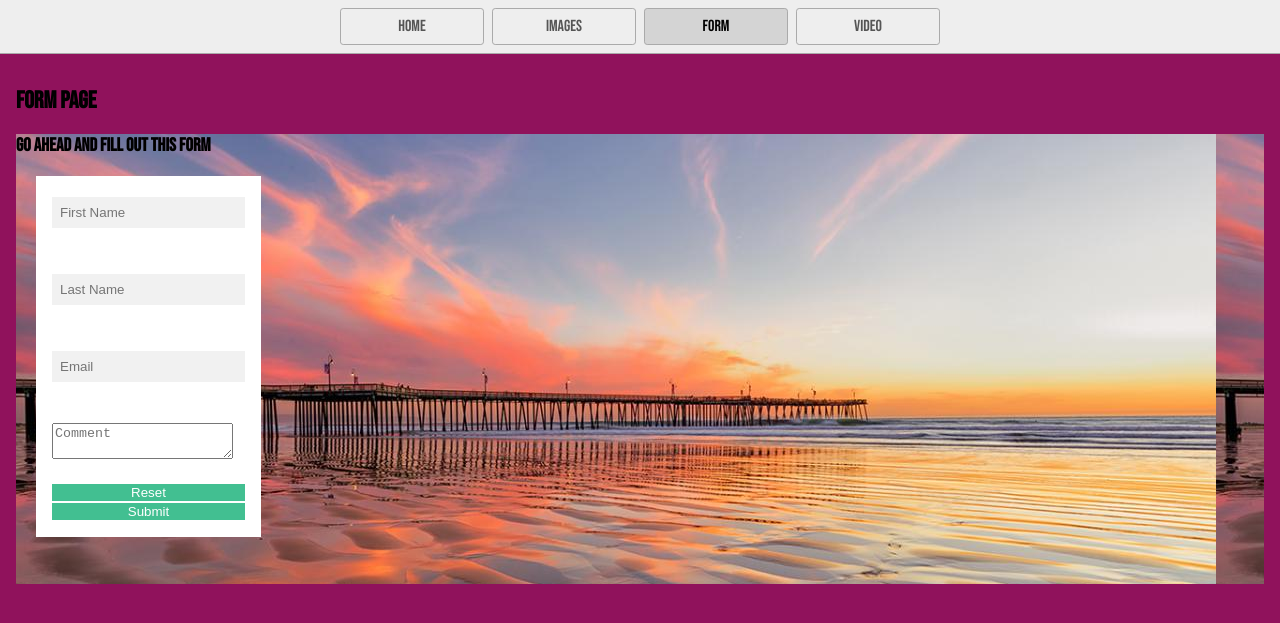
Repository: sebas6292/palmTree-Final
Page: Form.html
These files come from the project's save history. The page is drawn as it stood at one moment and after the next save; the edit follows.
The browser window is 1280 px wide. The pictures show the whole page.

Above is the page before, as saved 2023-05-28 12:38:39.

### Form.html
<!DOCTYPE html>
<html lang="en">
  <head>
    <title>Home</title>
    <meta charset="UTF-8" />
    <meta name="viewport" content="width=device-width" />

    <link rel="preconnect" href="https://fonts.googleapis.com">
    <link rel="preconnect" href="https://fonts.gstatic.com" crossorigin>
    <link href="https://fonts.googleapis.com/css2?family=Bebas+Neue&display=swap" rel="stylesheet">
    <link rel="stylesheet" href="styles.css" />

  </head>
  <body>
    <nav>
      <a href="/Home.html">Home</a>
      <a href="/Images.html">Images</a>
      <a href="/Form.html" aria-current="page">Form</a>
      <a href="/Video.html">Video</a>
    </nav>
    <main>
      <h1>Form page</h1>
      <div class="bg-img">
      <h3>Go ahead and fill out this form</h3>
      <form action="/Home.html" target="_blank" class="form-container">

        <input type="text" id="fname" name="fname" placeholder="First Name"><br>
        <br>
        <input type="text" id="lname" name="lname" placeholder="Last Name" ><br>
        <br>
        <input type="text" id="email" name="email" placeholder="Email"><br>
        <br>

        <textarea id="comment" placeholder='Comment' name="comment" ></textarea>
        <br>
        <br>
        <input class="btn" type="reset" value="Reset">
        <input class="btn" type="submit" value="Submit">
      </form>
    </div>
    </main>
  </body>
</html>

### styles.css
* {
    box-sizing: border-box;
  }

  body {
    margin: 0;
    font-family: 'Bebas Neue', sans-serif;
    color: black;
    background-color: white;
  }
  @keyframes body {
    0%   {background-color: white;}
    25%  {background-color: brown}
    50%  {background-color: purple;}
    100% {background-color: black;}
  }
  body {
    background-color: white;
    animation-name: body;
    animation-duration: 15s;
  }

  nav {
    display: flex;
    flex-wrap: wrap;
    align-items: center;
    justify-content: center;
    padding: 0.5rem;
    gap: 0.5rem;
    border-bottom: solid 1px #aaa;
    background-color: #eee;
  }

  nav a {
    display: inline-block;
    min-width: 9rem;
    padding: 0.5rem;
    border-radius: 0.2rem;
    border: solid 1px #aaa;
    text-align: center;
    text-decoration: none;
    color: #555;
  }

  nav a[aria-current='page'] {
    color: #000;
    background-color: #d4d4d4;
  }

  main {
    padding: 1rem;
  }

  h1 {
    font-weight: bold;
    font-size: 1.5rem;
  }

  .bg-img {
    background-image: url('/Assets/pier2.jpeg');
    height: 450px;
  }

  .form-container {
    position: absolute;
    margin: 0 0 0 20px;
    max-width: 300px;
    padding: 16px;
    background-color: white;
  }
  input[type=text], input[type=password], input[id=comment] {
    width: 100%;
    padding: 8px;
    margin: 5px 0 22px 0;
    border: none;
    background: #f1f1f1;
  }
  .btn {
    background-color: #04AA6D;
    color: white;
    /* padding: 8px 10px; */
    border: none;
    cursor: pointer;
    width: 100%;
    opacity: 0.75;
  }

  .btn:hover {
    opacity: 1;
  }
  /* .btn:hover {
    background-color: whitesmoke;
    color: red
  }

  img:hover {
    width: 300px;
  }
   */

After the next save:
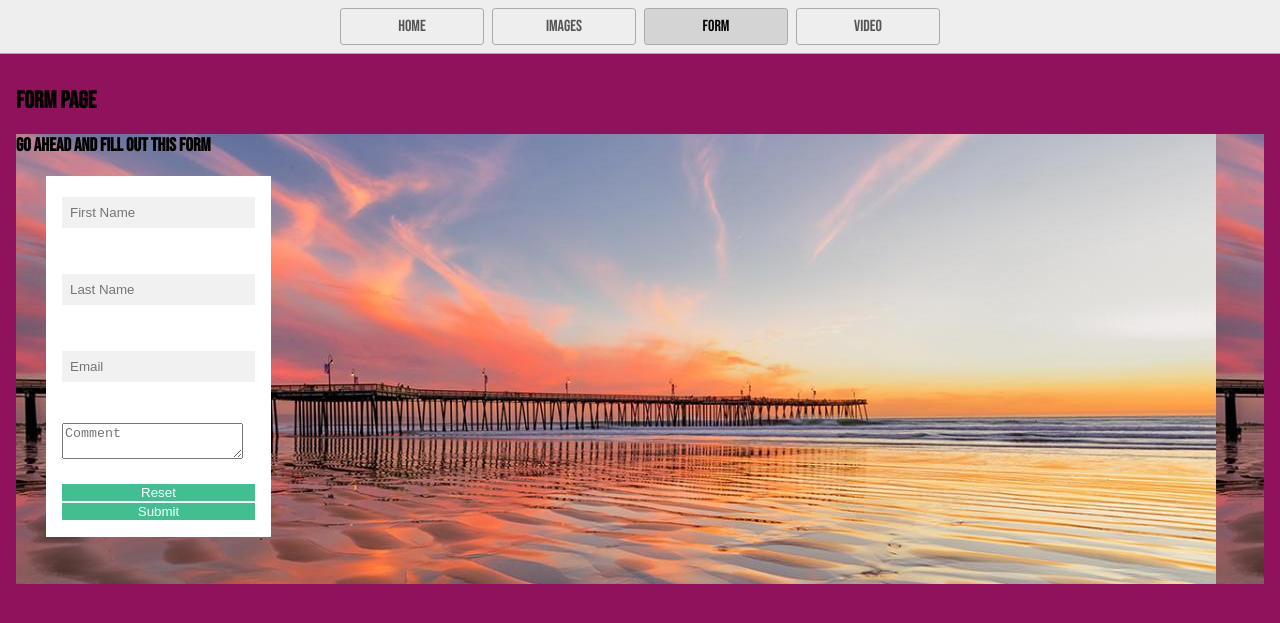
Saved 10 s later.
--- a/styles.css
+++ b/styles.css
@@ -63,7 +63,7 @@
 
   .form-container {
     position: absolute;
-    margin: 0 0 0 20px;
+    margin: 0 0 0 30px;
     max-width: 300px;
     padding: 16px;
     background-color: white;
